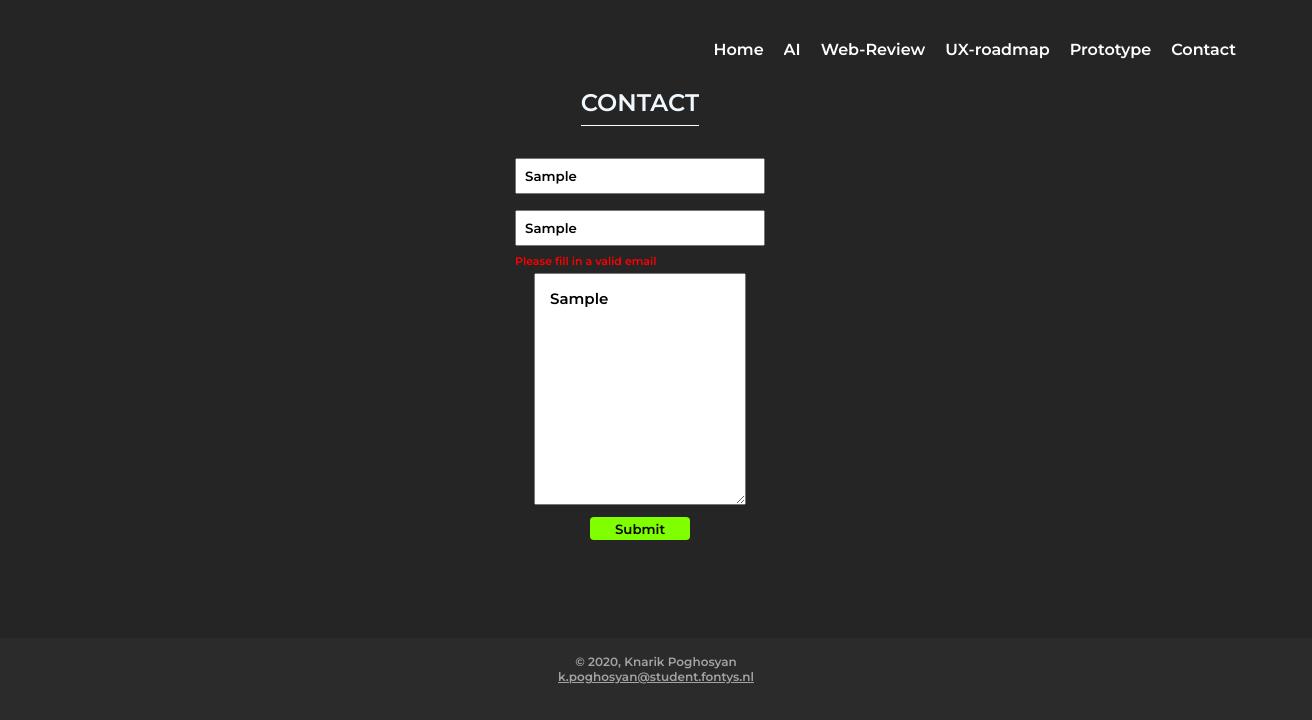
Repository: PKnar/EDO-final
Page: contact.html
An editor plug-in stored every save of this project. The page is shown before and after the next save, followed by the edit.
The browser window is 1280 px wide. The page is 1312 px wide, so the pictures cover 1312 px, including what lies to the right of the window. The pictures show the whole page.
Empty fields were first filled with sample values (such as "Sample", 5 or name@example.com).
After loading, the first visible `#form` was submitted once.

Above is the page before, as saved 2021-01-15 18:57:59.

After the next save:
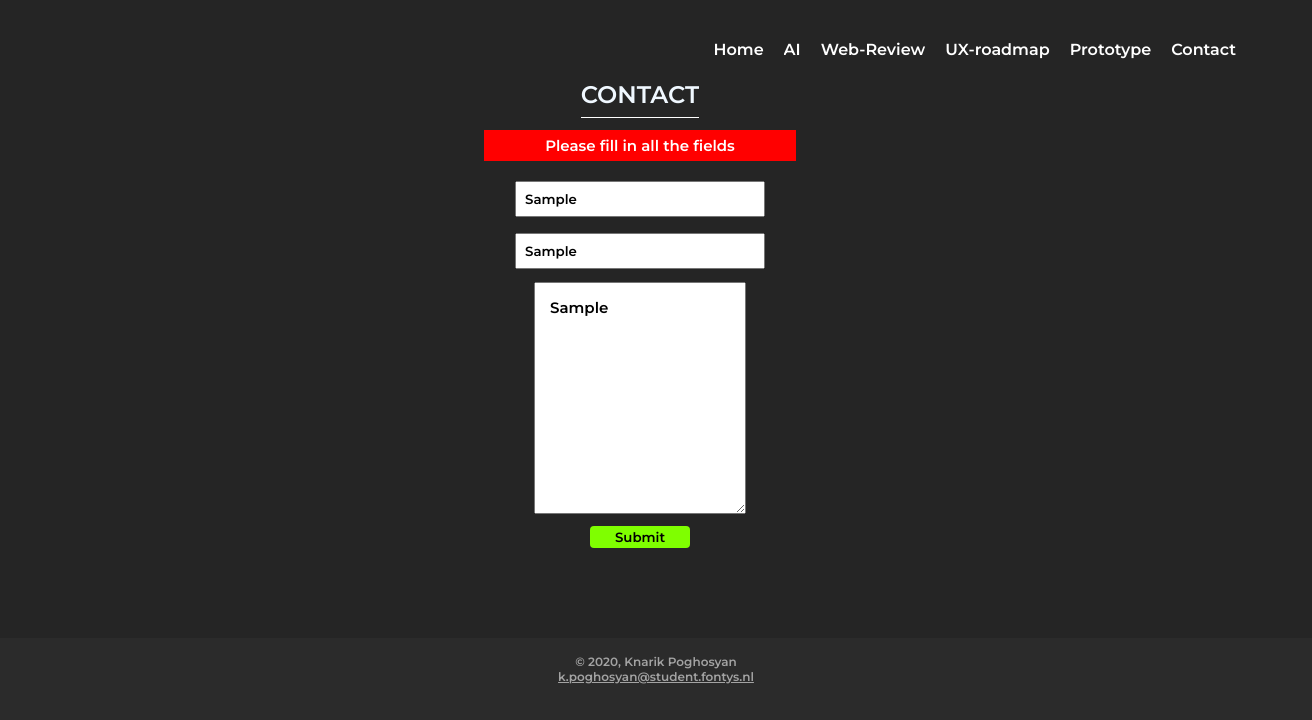
Saved 66 s later.
--- a/script/contactValidaion.js
+++ b/script/contactValidaion.js
@@ -36,7 +36,7 @@
     let foundError = elements.map((el) => isNotEmptyOrInvalid(el));
     let isEmail = isValidEmail(email);
     console.log(foundError);
-    foundError.includes(false) && !isEmail
+    foundError.includes(false) || !isEmail
       ? handleGeneralError()
       : !isEmail && handleEmailError();
 
